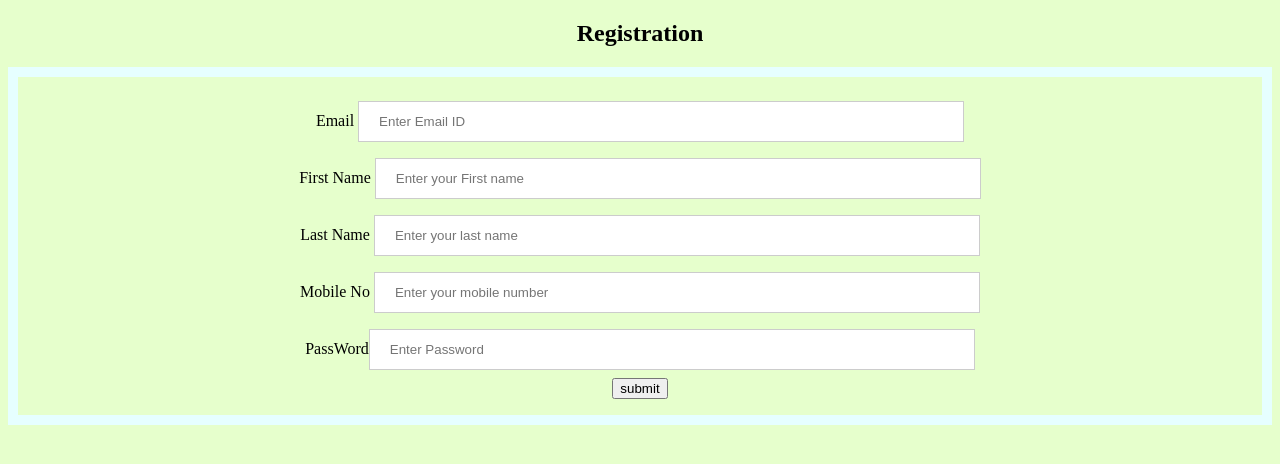
Repository: jagdishpatil18/JavaAdv
Page: Login_App/WebContent/signup.html
An editor plug-in stored every save of this project. The page is shown before and after the next save, followed by the edit.
The browser window is 1280 px wide. The pictures show the whole page.

Above is the page before, as saved 2017-04-28 06:03:17.

After the next save:
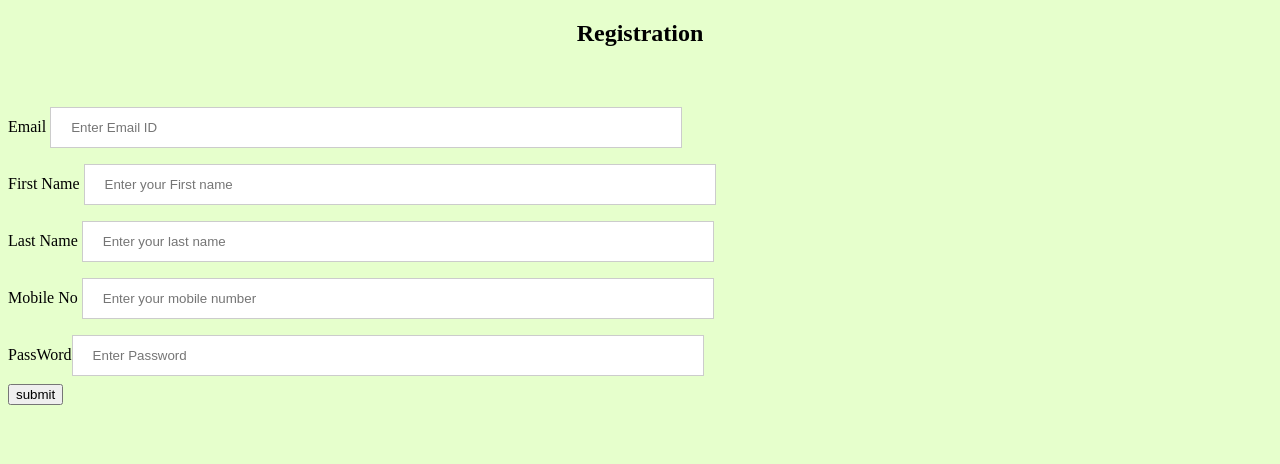
Saved 3 min 40 s later.
--- a/Login_App/WebContent/signup.html
+++ b/Login_App/WebContent/signup.html
@@ -27,10 +27,11 @@
 </style>
 
 <body bgcolor="#e6ffcc">
+<table>
 	<form action="SignupServlet" method="post">
 		<div class="container" style="background-color: #e6ffcc">
 			<center>
-				<label>   Email <input type="text" placeholder="Enter Email ID"
+			<tr>	<label>   Email <input type="text" placeholder="Enter Email ID"
 					name="EmailId"><br></label> <label>First Name <input
 					type="text" placeholder="Enter your First name" name="firstname"><br></label>
 				<label>Last Name <input type="text"
@@ -39,8 +40,9 @@
 					placeholder="Enter your mobile number" name="mobileno""><br></label>
 					<label>PassWord<input type="password" placeholder="Enter Password" name="password"> </label>
 			<br><input type="submit" value="submit">
-			</center>
+	</tr>		</center>
 		</div>
 	</form>
+</table>
 </body>
 </html>

After the save that followed:
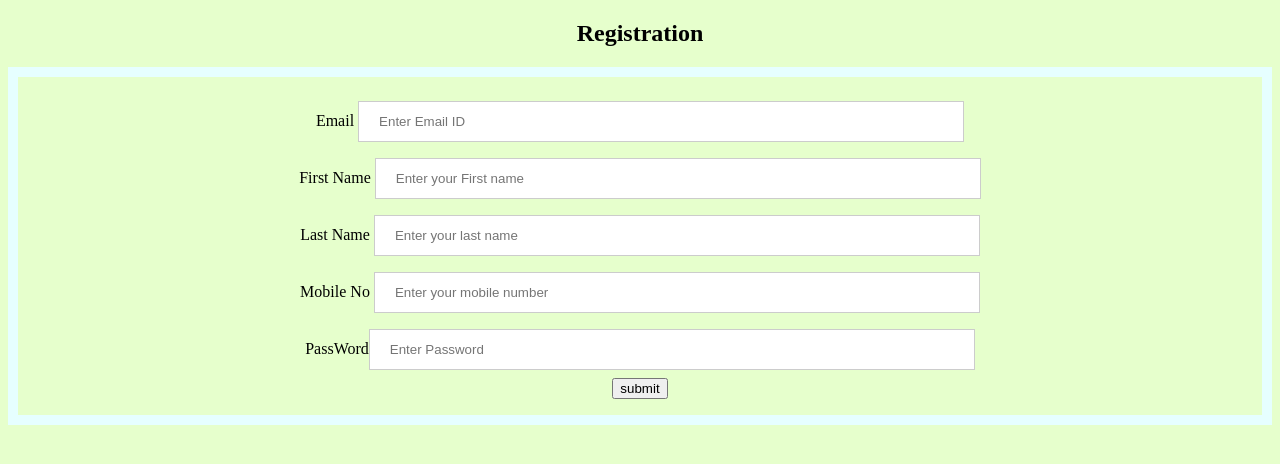
Saved 21 s later.
--- a/Login_App/WebContent/signup.html
+++ b/Login_App/WebContent/signup.html
@@ -27,11 +27,10 @@
 </style>
 
 <body bgcolor="#e6ffcc">
-<table>
 	<form action="SignupServlet" method="post">
 		<div class="container" style="background-color: #e6ffcc">
 			<center>
-			<tr>	<label>   Email <input type="text" placeholder="Enter Email ID"
+				<label>   Email <input type="text" placeholder="Enter Email ID"
 					name="EmailId"><br></label> <label>First Name <input
 					type="text" placeholder="Enter your First name" name="firstname"><br></label>
 				<label>Last Name <input type="text"
@@ -40,9 +39,8 @@
 					placeholder="Enter your mobile number" name="mobileno""><br></label>
 					<label>PassWord<input type="password" placeholder="Enter Password" name="password"> </label>
 			<br><input type="submit" value="submit">
-	</tr>		</center>
+			</center>
 		</div>
 	</form>
-</table>
 </body>
 </html>
